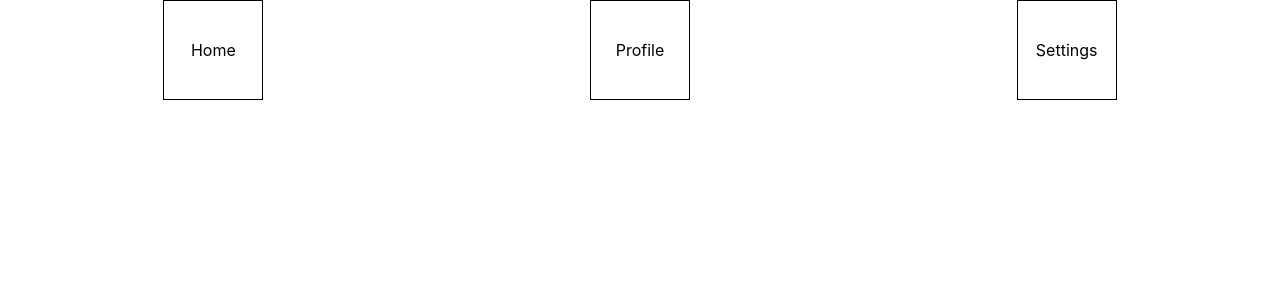
Repository: User826/Recipe
Page: /testnavbar (app in recipe_project/)
An editor plug-in stored every save of this project. The page is shown before and after the next save, followed by the edit.
The browser window is 1280 px wide. The pictures show the whole page.
The project was rebuilt for these pictures with package versions that can differ from the ones it lists, and the page was loaded fresh each time. The framework's server and built-in components were replaced by stand-ins that run in the browser. Also part of the build but not shown: recipe_project/next.config.js.

Above is the page before, as saved 2023-06-23 21:52:46.

After the next save:
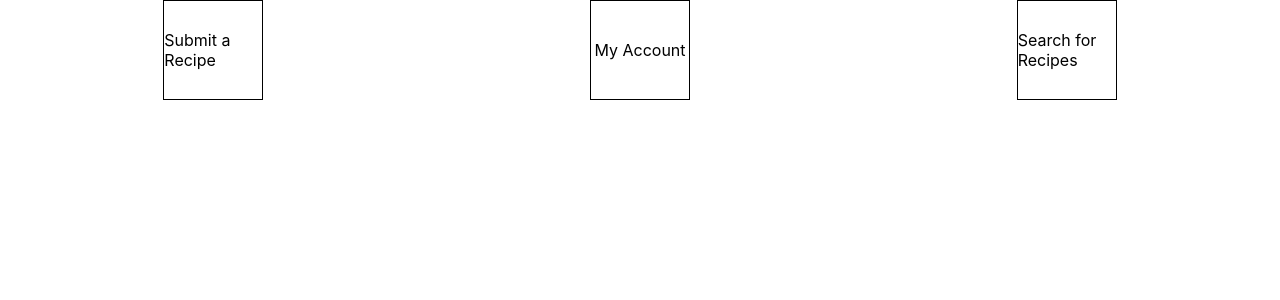
Saved 2 min 54 s later.
--- a/recipe_project/pages/testnavbar.js
+++ b/recipe_project/pages/testnavbar.js
@@ -3,15 +3,15 @@ function TestNavBar() {
     return(<div className={styles.container}>
     <div className={styles.box}>
       <i class="fas fa-home"></i>
-      <p>Home</p>
+      <p>Submit a Recipe</p>
     </div>
     <div className={styles.box}>
       <i class="fas fa-user"></i>
-      <p>Profile</p>
+      <p>My Account</p>
     </div>
     <div className={styles.box}>
       <i class="fas fa-cog"></i>
-      <p>Settings</p>
+      <p>Search for Recipes</p>
     </div>
   </div>)
 }
